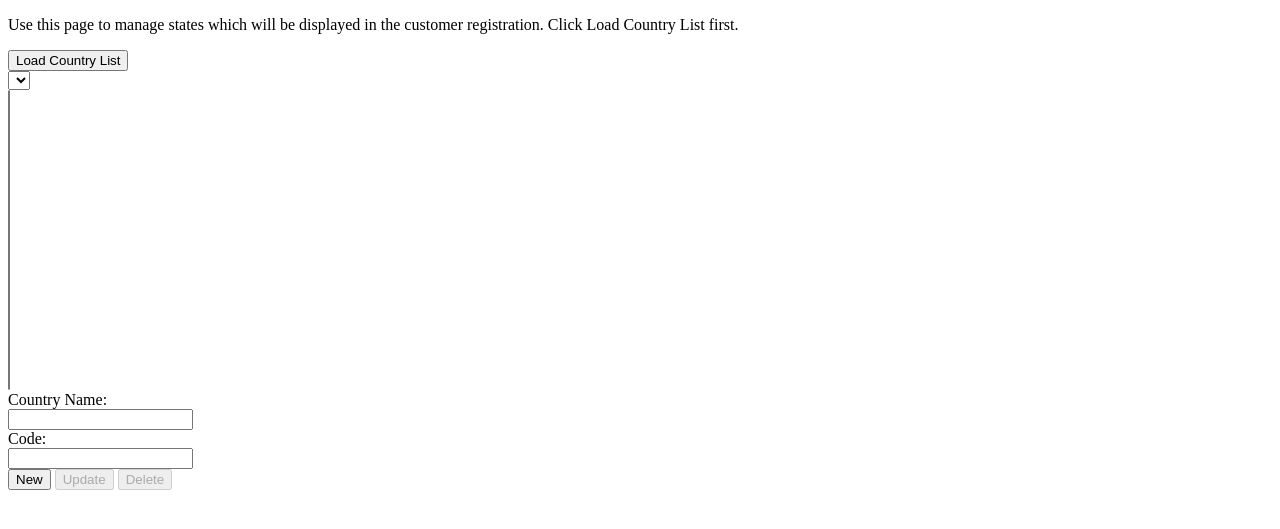
Repository: theAnh-js/Spring-Boot-E-commerce
Page: http://localhost/settings/states
These files come from the project's save history. The page is drawn as it stood at one moment and after the next save; the edit follows.
The browser window is 1280 px wide. The pictures show the whole page.
The page is this project's Thymeleaf template; nobody is signed in. The template is opened directly, without the code that normally fills it, so the values that code supplies are empty.

Above is the page before, as saved 2024-02-18 05:46:11.

### ShopmeProject/ShopmeWebParent/ShopmeBackEnd/src/main/resources/templates/settings/states.html
<!DOCTYPE html>
<html xmlns:th="http://www.thymeleaf.org">
<body>
<div th:fragment = "content" th:remove="tag">
	<div>
		<p>
			Use this page to manage states which will be displayed in the customer registration.
			Click Load Country List first.
		</p>
	</div>
	<div>
		<input type="button" id="buttonLoadCountriesForState" class="btn btn-primary m-2" value="Load Country List"/>
	</div>
	<div>
		<select id="dropDownCountriesForState" class="form-control m-2">

		</select>
	</div>

	<div>
		<select id="dropDownStates" class="form-control m-2" style="height: 300px" size="3">

		</select>
	</div>

	<div class="form-group row ml-2">
		<label class="col-form-label mt-2" id="labelCountryName">Country Name:</label>
		<div class="col-md">
			<input type="text" class="form-control mt-2" id="fieldCountryName"/>
		</div>

		<label class="col-form-label mt-2">Code:</label>
		<div class="col-md">
			<input type="text" class="form-control mt-2" id="fieldCountryCode"/>
		</div>

		<div class="col-lg-4 mt-2">
			<input type="button" id="buttonAddCountry" value="New" class="btn btn-secondary mr-2"/>
			<input type="button" id="buttonUpdateCountry" value="Update" class="btn btn-secondary mr-2" disabled="disabled"/>
			<input type="button" id="buttonDeleteCountry" value="Delete" class="btn btn-secondary" disabled="disabled"/>
		</div>
	</div>

</div>
</body>
</html>

After the next save:
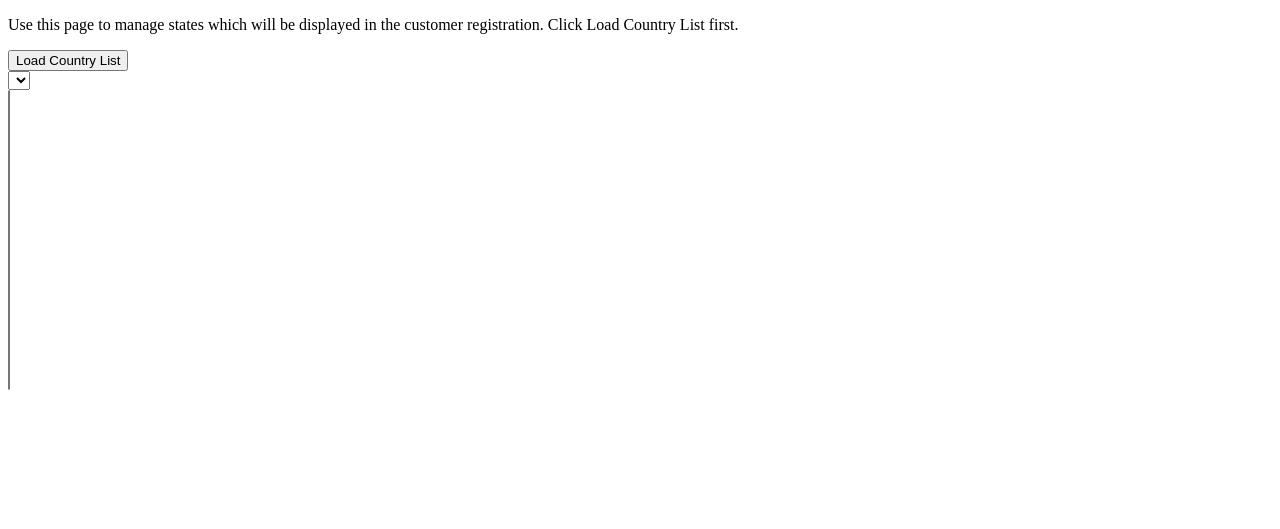
Saved 27 min 6 s later.
--- a/ShopmeProject/ShopmeWebParent/ShopmeBackEnd/src/main/resources/templates/settings/states.html
+++ b/ShopmeProject/ShopmeWebParent/ShopmeBackEnd/src/main/resources/templates/settings/states.html
@@ -23,7 +23,7 @@
 		</select>
 	</div>
 
-	<div class="form-group row ml-2">
+	<!-- <div class="form-group row ml-2">
 		<label class="col-form-label mt-2" id="labelCountryName">Country Name:</label>
 		<div class="col-md">
 			<input type="text" class="form-control mt-2" id="fieldCountryName"/>
@@ -39,7 +39,7 @@
 			<input type="button" id="buttonUpdateCountry" value="Update" class="btn btn-secondary mr-2" disabled="disabled"/>
 			<input type="button" id="buttonDeleteCountry" value="Delete" class="btn btn-secondary" disabled="disabled"/>
 		</div>
-	</div>
+	</div> -->
 
 </div>
 </body>
